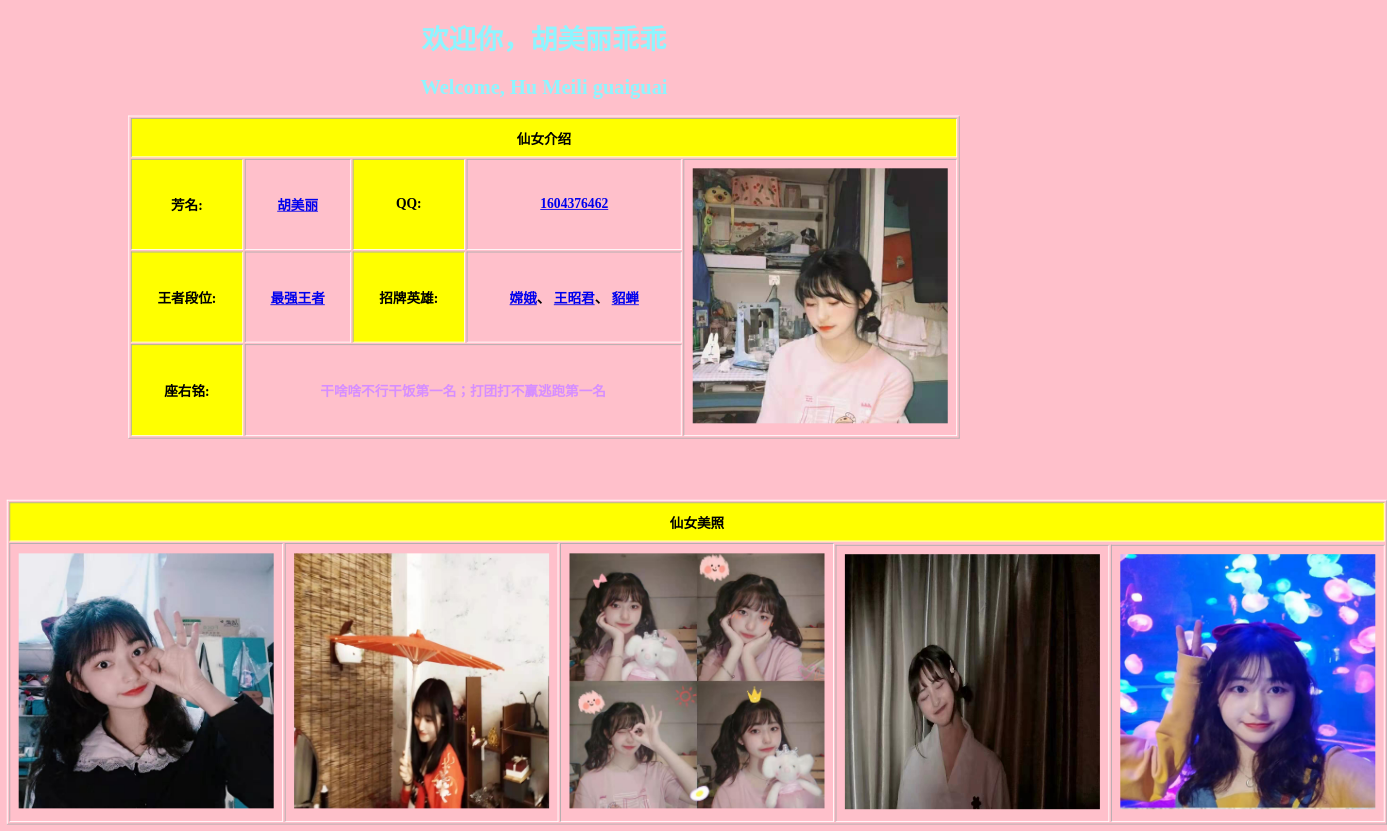
Repository: NanmeiYC/NanmeiYC.github.io
Page: ceshi2.html
These files come from the project's save history. The page is drawn as it stood at one moment and after the next save; the edit follows.
The browser window is 1280 px wide. The page is 1632 px wide, so the pictures cover 1632 px, including what lies to the right of the window. The pictures show the whole page, at 85% of full size.

Above is the page before, as saved 2021-05-29 03:21:02.

### ceshi2.html
<!DOCTYPE html>
<html>

<head>
    <meta charset="utf-8">
    <title>欢迎我们美丽大方温柔善良的胡美丽</title>
</head>

<body bgcolor="pink">
    <h1 align="center"><a style="color: #8ef5ff;">欢迎你，胡美丽乖乖</a></h1>
    <h2 align="center"><a style="color: #8ef5ff;">Welcome, Hu Meili guaiguai</a></h2>
    <table border="1" align="center" cellpadding="10px" width="978" style="border-color:rgb(255, 255, 255);">
        <tr align="center">
            <th colspan="7" bgcolor="yellow">仙女介绍</th>
        </tr>

        <tr align="center">
            <th bgcolor="yellow">芳名:</th>
            <th colspan="2"><a href="humeili.html">胡美丽</a></th>
            <th bgcolor="yellow">QQ:</th>
            <th colspan="2"> <a href="http://wpa.qq.com/msgrd?v=3&uin=1604376462&site=qq&menu=yes">1604376462</a></th>
            <td rowspan="3" width="100" <p><a href="humeili.html"><img border="0" src="images\胡美丽主.jpg" width="300px" height="300px"></td>
        </tr>
        <tr align="center">
            <th bgcolor="yellow">王者段位:</th>
            <th colspan="2"><a href="https://pvp.qq.com/web201605/hisrecord.shtml">最强王者</a></th>
            <th bgcolor="yellow">招牌英雄:</th>
            <th colspan="2">
                <a href="https://pvp.qq.com/web201605/herodetail/515.shtml">嫦娥</a>、
                <a href="https://pvp.qq.com/web201605/herodetail/152.shtml">王昭君</a>、
                <a href="https://pvp.qq.com/web201605/herodetail/141.shtml">貂蝉</a>
            </th>
        </tr>
        <tr align="center">
            <th bgcolor="yellow">座右铭:</th>
            <th colspan="5"><a style="color: #d68eff;">干啥啥不行干饭第一名；打团打不赢逃跑第一名</a> </th>
        </tr>
        <table border="1" align="center" cellpadding="10" width="800" style="border-color:rgb(255, 255, 255);">
            <br>
            <br>
            <br>
            <br>
        <tr align="center">
            <th colspan="9" bgcolor="yellow">仙女美照</th>
        </tr>
        <tr align="center">
            <th rowspan="3" width="100" <p><a href="humeili.html"><img border="0" src="images\胡美丽3.jpg" width="300px" height="300px"></th>
            <th rowspan="3" width="100" <p><a href="humeili.html"><img border="0" src="images\胡美丽1.jpg" width="300px" height="300px"></th>
            <th rowspan="3" width="100" <p><a href="humeili.html"><img border="0" src="images\胡美丽次.jpg" width="300px" height="300px"></th>
        </tr>
        <tr align="center">
            <th rowspan="3" width="100" <p><a href="humeili.html"><img border="0" src="images\胡美丽2.jpg" width="300px" height="300px"></th>
            <th rowspan="3" width="100" <p><a href="humeili.html"><img border="0" src="images\胡美丽4.jpg" width="300px" height="300px"></th>
        </tr>

After the next save:
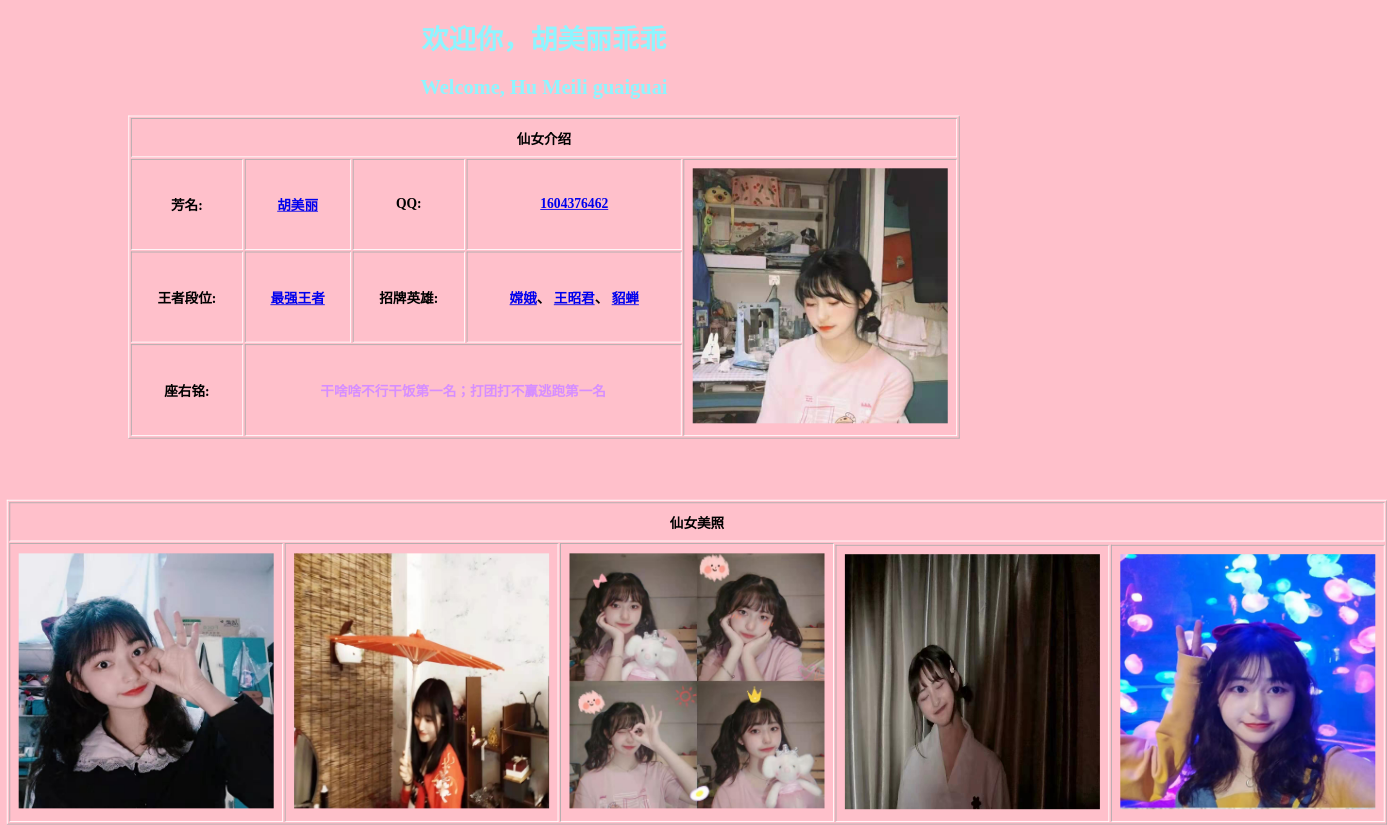
Saved 30 s later.
--- a/ceshi2.html
+++ b/ceshi2.html
@@ -11,20 +11,20 @@
     <h2 align="center"><a style="color: #8ef5ff;">Welcome, Hu Meili guaiguai</a></h2>
     <table border="1" align="center" cellpadding="10px" width="978" style="border-color:rgb(255, 255, 255);">
         <tr align="center">
-            <th colspan="7" bgcolor="yellow">仙女介绍</th>
+            <th colspan="7" bgcolor="pink">仙女介绍</th>
         </tr>
 
         <tr align="center">
-            <th bgcolor="yellow">芳名:</th>
+            <th bgcolor="pink">芳名:</th>
             <th colspan="2"><a href="humeili.html">胡美丽</a></th>
-            <th bgcolor="yellow">QQ:</th>
+            <th bgcolor="pink">QQ:</th>
             <th colspan="2"> <a href="http://wpa.qq.com/msgrd?v=3&uin=1604376462&site=qq&menu=yes">1604376462</a></th>
             <td rowspan="3" width="100" <p><a href="humeili.html"><img border="0" src="images\胡美丽主.jpg" width="300px" height="300px"></td>
         </tr>
         <tr align="center">
-            <th bgcolor="yellow">王者段位:</th>
+            <th bgcolor="pink">王者段位:</th>
             <th colspan="2"><a href="https://pvp.qq.com/web201605/hisrecord.shtml">最强王者</a></th>
-            <th bgcolor="yellow">招牌英雄:</th>
+            <th bgcolor="pink">招牌英雄:</th>
             <th colspan="2">
                 <a href="https://pvp.qq.com/web201605/herodetail/515.shtml">嫦娥</a>、
                 <a href="https://pvp.qq.com/web201605/herodetail/152.shtml">王昭君</a>、
@@ -32,7 +32,7 @@
             </th>
         </tr>
         <tr align="center">
-            <th bgcolor="yellow">座右铭:</th>
+            <th bgcolor="pink">座右铭:</th>
             <th colspan="5"><a style="color: #d68eff;">干啥啥不行干饭第一名；打团打不赢逃跑第一名</a> </th>
         </tr>
         <table border="1" align="center" cellpadding="10" width="800" style="border-color:rgb(255, 255, 255);">
@@ -41,7 +41,7 @@
             <br>
             <br>
         <tr align="center">
-            <th colspan="9" bgcolor="yellow">仙女美照</th>
+            <th colspan="9" bgcolor="pink">仙女美照</th>
         </tr>
         <tr align="center">
             <th rowspan="3" width="100" <p><a href="humeili.html"><img border="0" src="images\胡美丽3.jpg" width="300px" height="300px"></th>

After the save that followed:
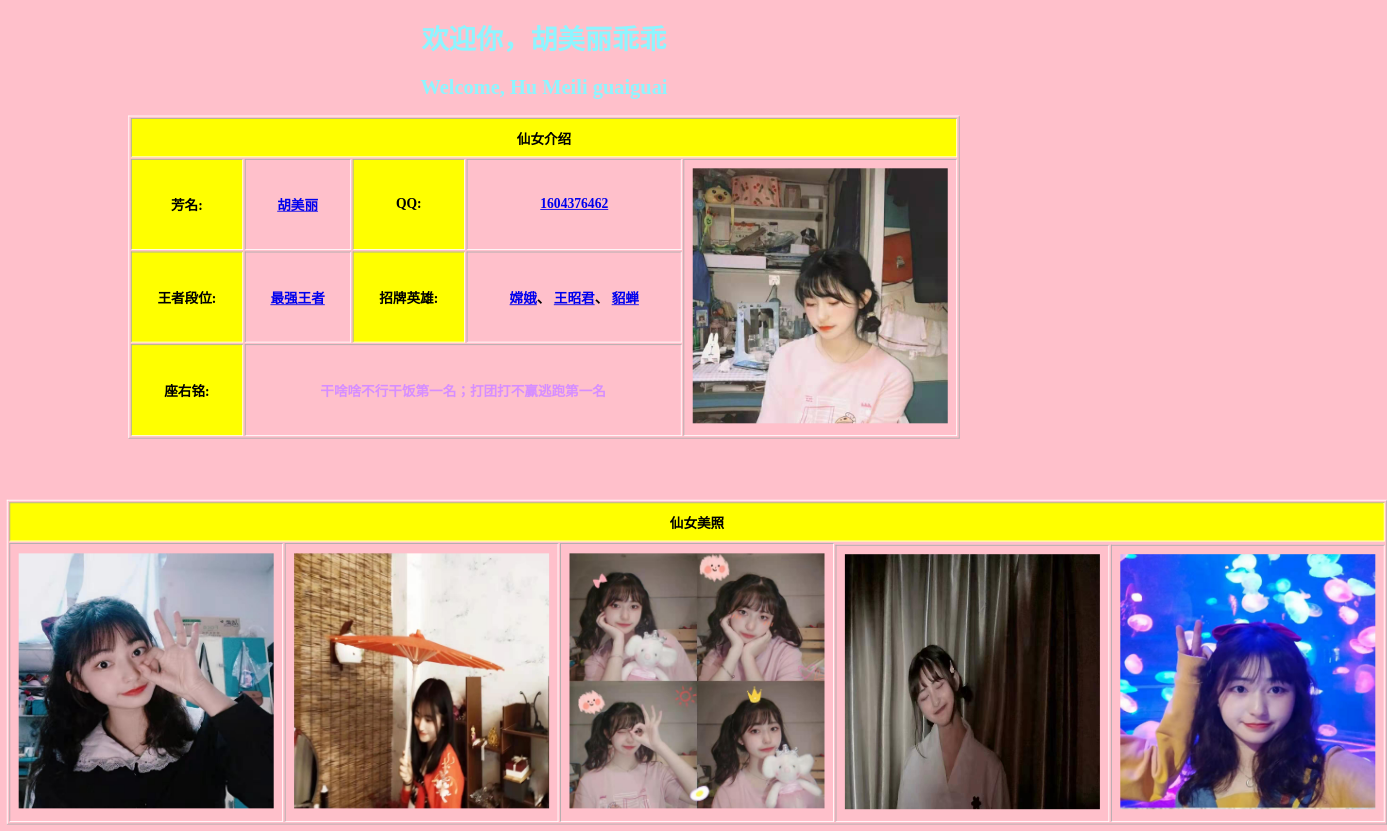
Saved 26 s later.
--- a/ceshi2.html
+++ b/ceshi2.html
@@ -11,20 +11,20 @@
     <h2 align="center"><a style="color: #8ef5ff;">Welcome, Hu Meili guaiguai</a></h2>
     <table border="1" align="center" cellpadding="10px" width="978" style="border-color:rgb(255, 255, 255);">
         <tr align="center">
-            <th colspan="7" bgcolor="pink">仙女介绍</th>
+            <th colspan="7" bgcolor="yellow">仙女介绍</th>
         </tr>
 
         <tr align="center">
-            <th bgcolor="pink">芳名:</th>
+            <th bgcolor="yellow">芳名:</th>
             <th colspan="2"><a href="humeili.html">胡美丽</a></th>
-            <th bgcolor="pink">QQ:</th>
+            <th bgcolor="yellow">QQ:</th>
             <th colspan="2"> <a href="http://wpa.qq.com/msgrd?v=3&uin=1604376462&site=qq&menu=yes">1604376462</a></th>
             <td rowspan="3" width="100" <p><a href="humeili.html"><img border="0" src="images\胡美丽主.jpg" width="300px" height="300px"></td>
         </tr>
         <tr align="center">
-            <th bgcolor="pink">王者段位:</th>
+            <th bgcolor="yellow">王者段位:</th>
             <th colspan="2"><a href="https://pvp.qq.com/web201605/hisrecord.shtml">最强王者</a></th>
-            <th bgcolor="pink">招牌英雄:</th>
+            <th bgcolor="yellow">招牌英雄:</th>
             <th colspan="2">
                 <a href="https://pvp.qq.com/web201605/herodetail/515.shtml">嫦娥</a>、
                 <a href="https://pvp.qq.com/web201605/herodetail/152.shtml">王昭君</a>、
@@ -32,7 +32,7 @@
             </th>
         </tr>
         <tr align="center">
-            <th bgcolor="pink">座右铭:</th>
+            <th bgcolor="yellow">座右铭:</th>
             <th colspan="5"><a style="color: #d68eff;">干啥啥不行干饭第一名；打团打不赢逃跑第一名</a> </th>
         </tr>
         <table border="1" align="center" cellpadding="10" width="800" style="border-color:rgb(255, 255, 255);">
@@ -41,7 +41,7 @@
             <br>
             <br>
         <tr align="center">
-            <th colspan="9" bgcolor="pink">仙女美照</th>
+            <th colspan="9" bgcolor="yellow">仙女美照</th>
         </tr>
         <tr align="center">
             <th rowspan="3" width="100" <p><a href="humeili.html"><img border="0" src="images\胡美丽3.jpg" width="300px" height="300px"></th>
